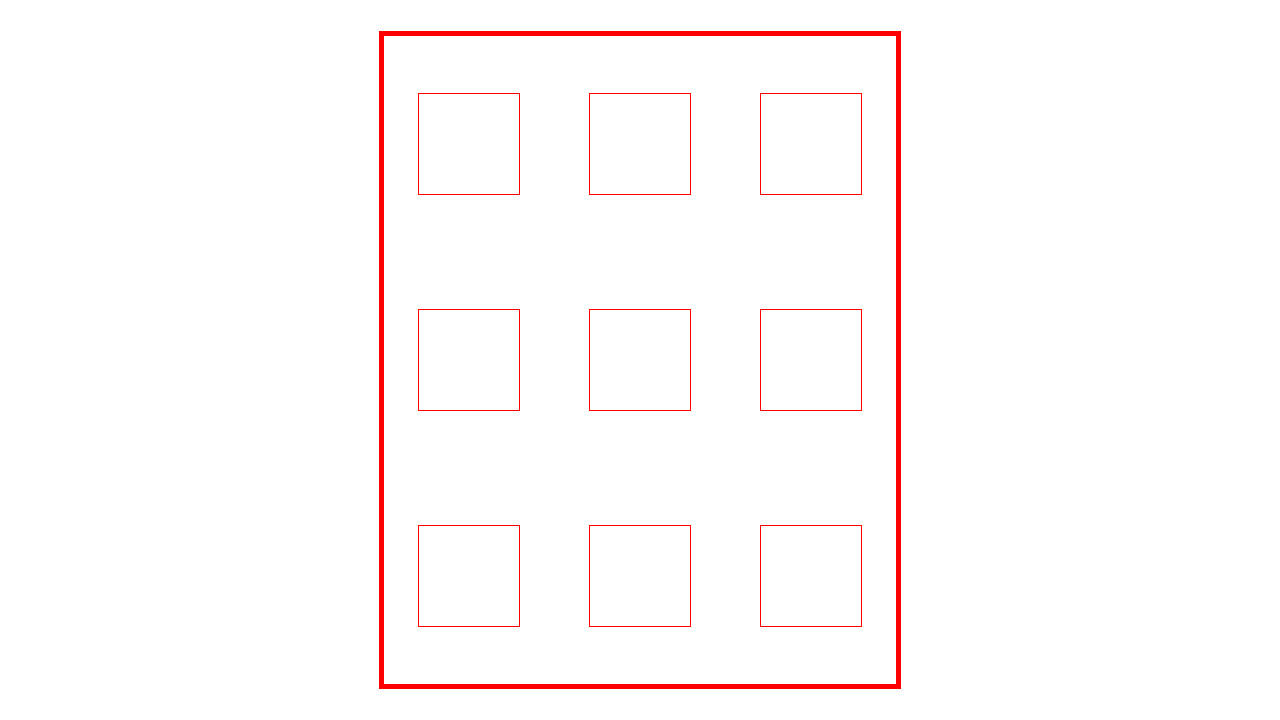
Repository: kocokoy/TOP-tic-tac-toe
Page: index.html
The author's editor kept a copy of each file at every save. The page is drawn from the files as they stood at one save, then again after the next save.
The browser window is 1280 px wide. The pictures show the whole page.

Above is the page before, as saved 2024-11-07 14:51:14.

After the next save:
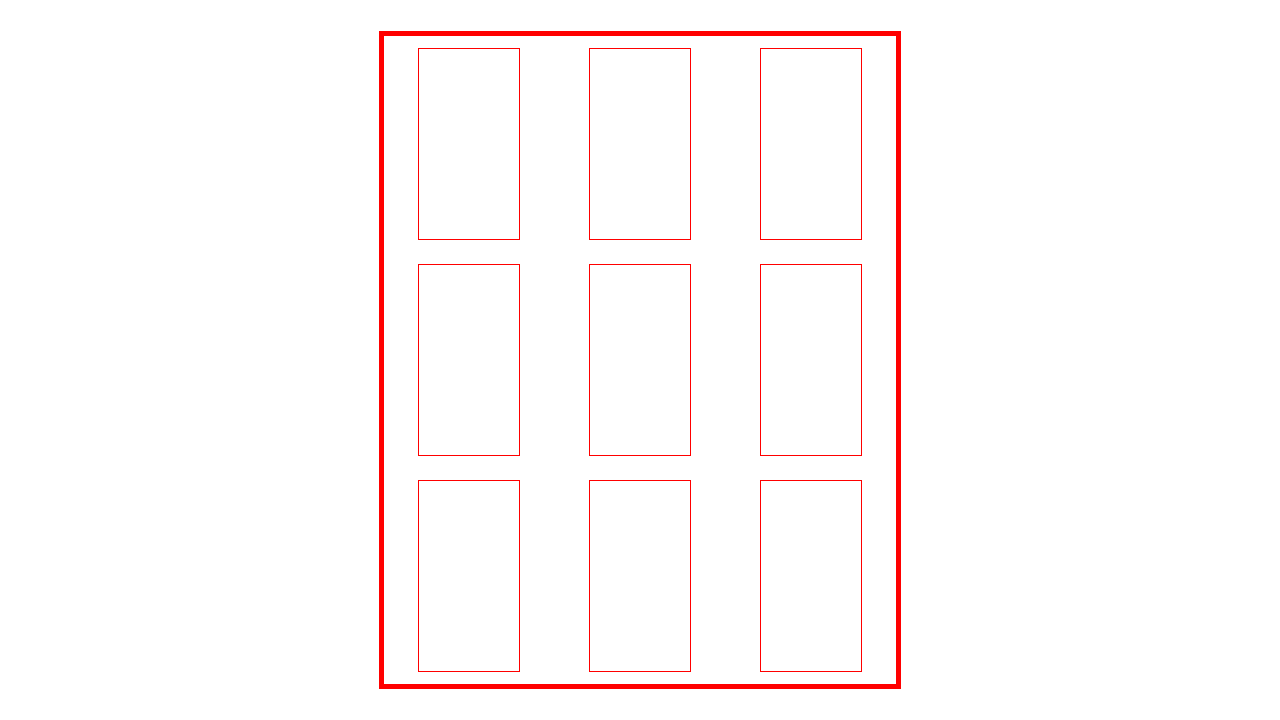
Saved 8 s later.
--- a/styles/style.css
+++ b/styles/style.css
@@ -21,7 +21,7 @@ body{
 }
 .gameboard div{
   border: 1px solid red;
-  height: 100px;
+  height: 190px;
   width: 100px;
   cursor: pointer;
   color: tomato;
